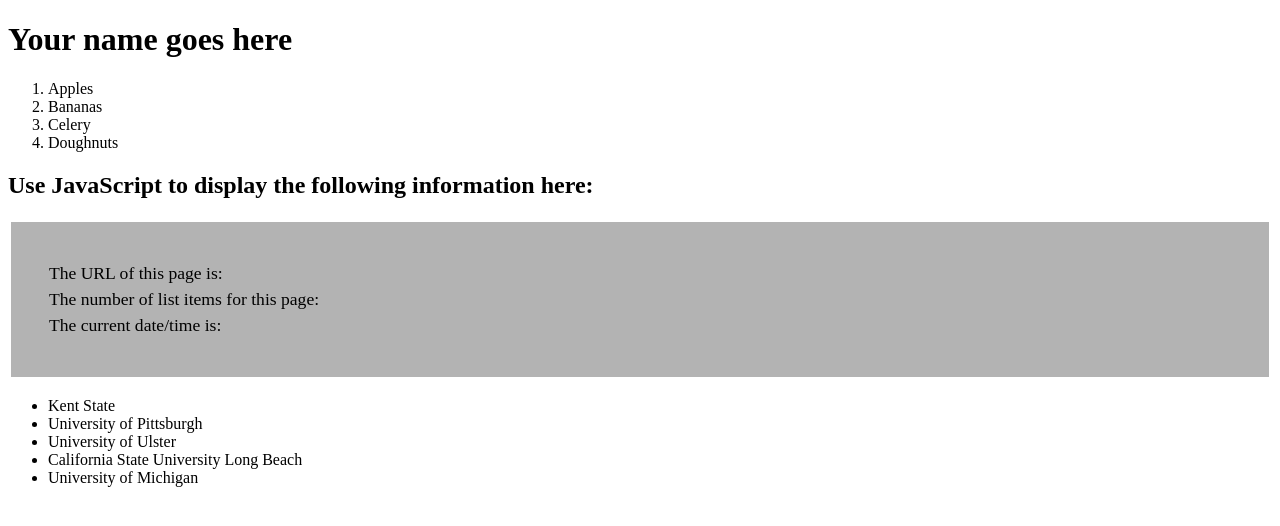
Repository: lulyany/discussionwk10
Page: 339jsDiscussionCode.html
An editor plug-in stored every save of this project. The page is shown before and after a run of saves, followed by the edit.
The browser window is 1280 px wide. The pictures show the whole page.

Above is the page before, as saved 2023-11-01 20:36:34.
Console error: SyntaxError: Unexpected token '.'

### 339jsDiscussionCode.html
<!DOCTYPE html>
<html lang="en">
<head>
	<meta charset="UTF-8">
	<title>JavaScript Discussion</title>
	<style>
		p{
			background-color: #b3b3b3;
			border: 3px solid #FFFFFF;
			padding: 3%;
			font-size: 1.1em;
			line-height: 1.5;
		}
	</style>

	<script type="text/javascript">
	function displayInformation () {
		// Your code goes here.
		// Do not change any other code in this file
		// All of the steps below must be achieved using JavaScript!


		// 1. Change the h1 element to your name.

		document.querySelector("h1").textContent = "Yan Lu";


		// 2. Update the three span elements using ONLY JavaScript

		document.getElementById("URL").textContent += window.location.href;

		document.getElementById("items").textContent = document.querySelectorAll("li").length;

		document.getElementById("time").textContent = Date();




		// 3. Change the background color and margin for the entire page.
		document..style.backgroundColor = "orange";
		document.body.style.margin = "20px";


    }

    // 4. If someone uses the keyboard shortcut to copy the words "University of Michigan" then add the words "Go Blue" to the final div.
    // Each occurence should be on a separate line.  Don't use
    // paragraphs.

</script>

</head>
<body onload="displayInformation()">
	<h1>Your name goes here</h1>

	<ol>
		<li>Apples</li>
		<li>Bananas</li>
		<li>Celery</li>
		<li>Doughnuts</li>
	</ol>
	<h2>Use JavaScript to display the following information here:</h2>
	<p>
		The URL of this page is: <span id = "URL"></span><br/>
		The number of list items for this page: <span id = "items"></span><br/>
		The current date/time is: <span id = "time"></span><br/>
	</p>
	<ul>
		<li>Kent State</li>
		<li>University of Pittsburgh</li>
		<li>University of Ulster</li>
		<li>California State University Long Beach</li>
		<li oncopy="copyFunction()">University of Michigan</li>
	</ul>
	<div id="cheer">

	</div>

</body>
</html>

After the next 8 saves:
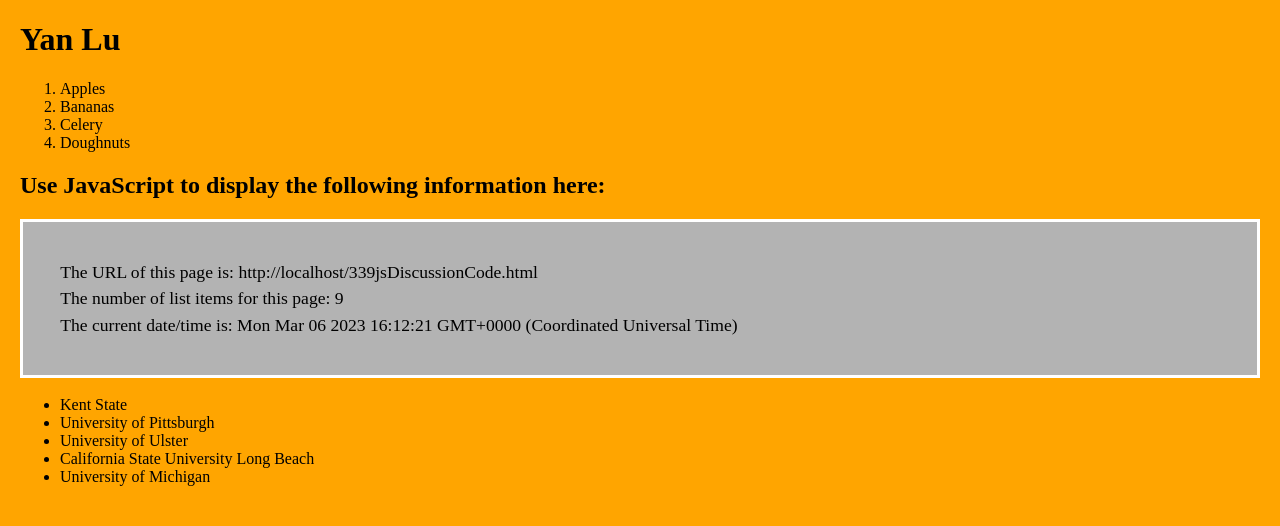
The error is gone.
The 8 saves are shown as one change because they came seconds apart.
The last was saved 38 s later.
--- a/339jsDiscussionCode.html
+++ b/339jsDiscussionCode.html
@@ -37,7 +37,7 @@
 
 
 		// 3. Change the background color and margin for the entire page.
-		document..style.backgroundColor = "orange";
+		document.querySelector("body").style.backgroundColor = "orange";
 		document.body.style.margin = "20px";
 
 
